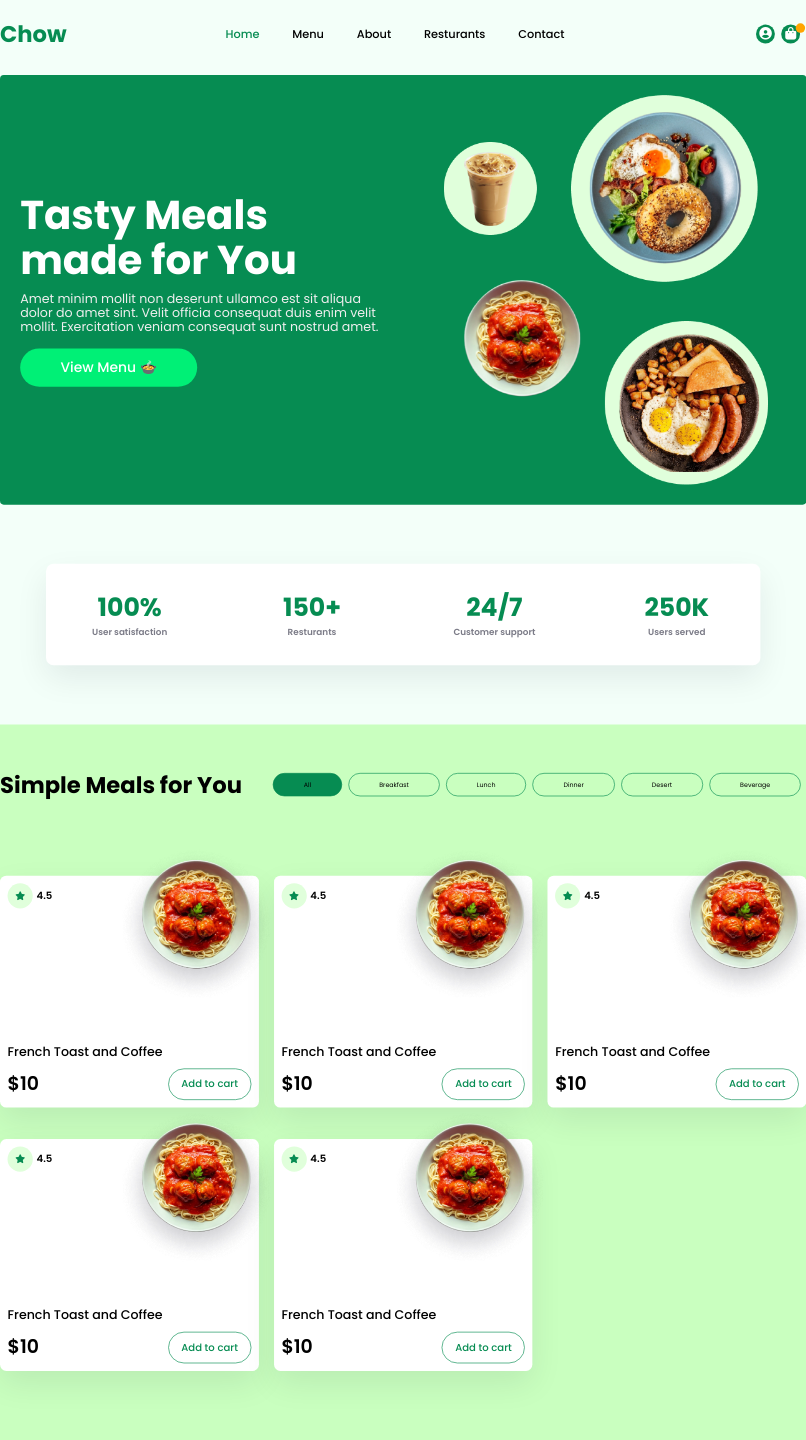
Repository: nguyennam1029/balbal
Page: index.html
These files come from the project's save history. The page is drawn as it stood at one moment and after the next save; the edit follows.
The browser window is 1280 px wide. The pictures show the whole page, at 63% of full size.
Some web libraries are served in a nearby version.

Above is the page before, as saved 2022-07-01 22:37:07.

After the next save:
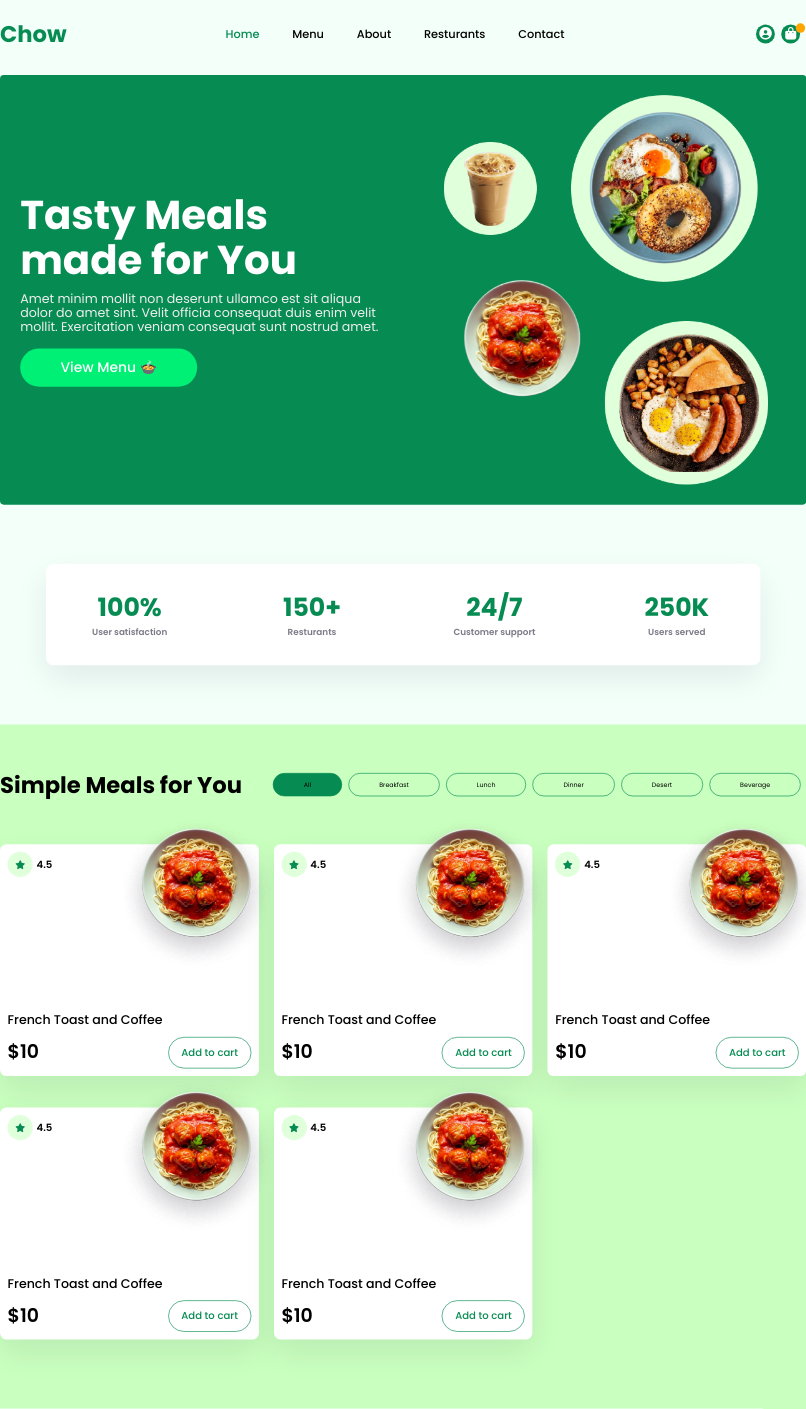
Saved 27 s later.
--- a/css/style.css
+++ b/css/style.css
@@ -270,7 +270,7 @@ ul {
 }
 
 .product-list {
-    margin: 74px 0 64px;
+    margin: 24px 0 64px;
 }
 
 .product-item {
